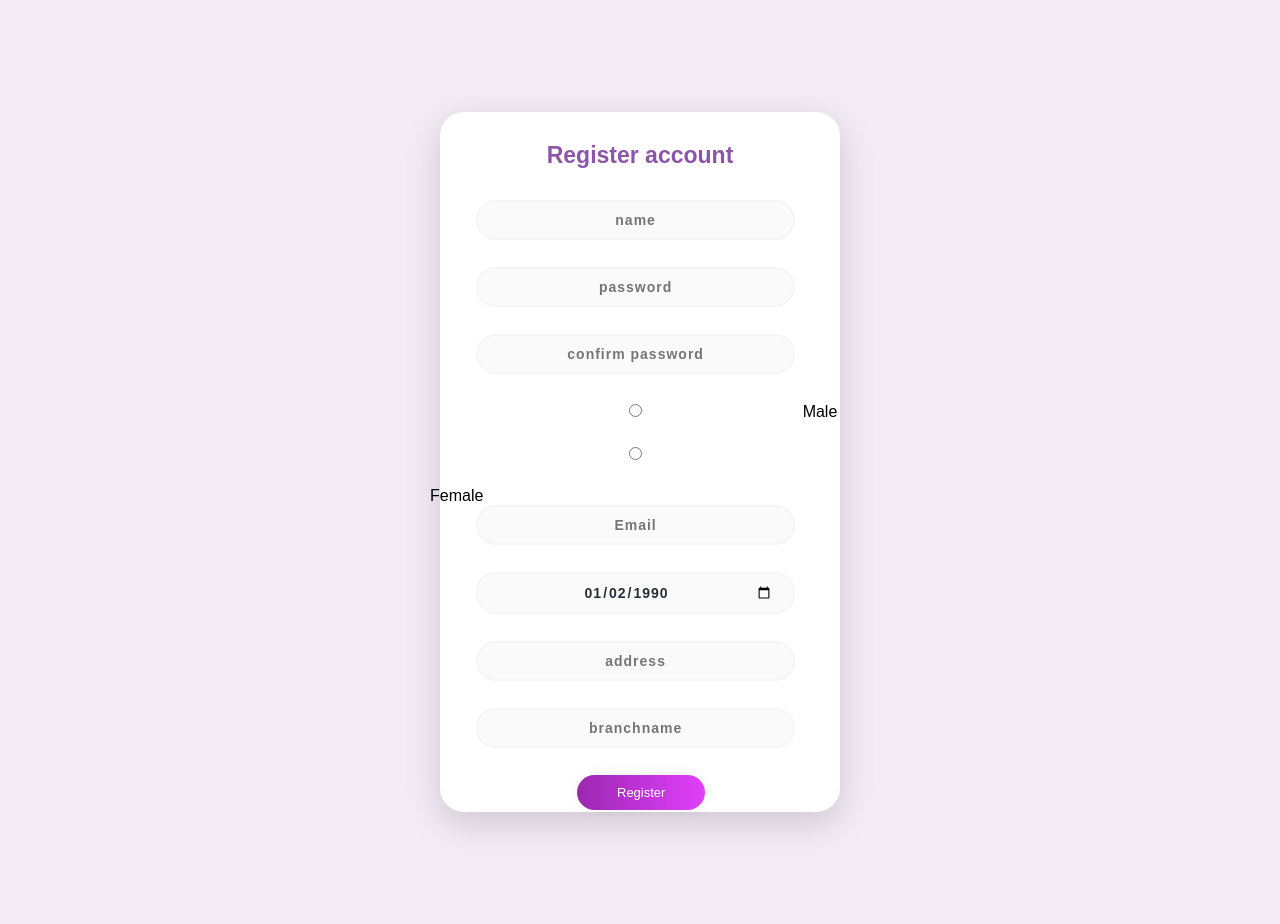
Repository: anujs099/bankingapp
Page: banking-application-final/WebContent/Register.html
These files come from the project's save history. The page is drawn as it stood at one moment and after the next save; the edit follows.
The browser window is 1280 px wide. The pictures show the whole page.

Above is the page before, as saved 2021-03-07 17:05:29.

After the next save:
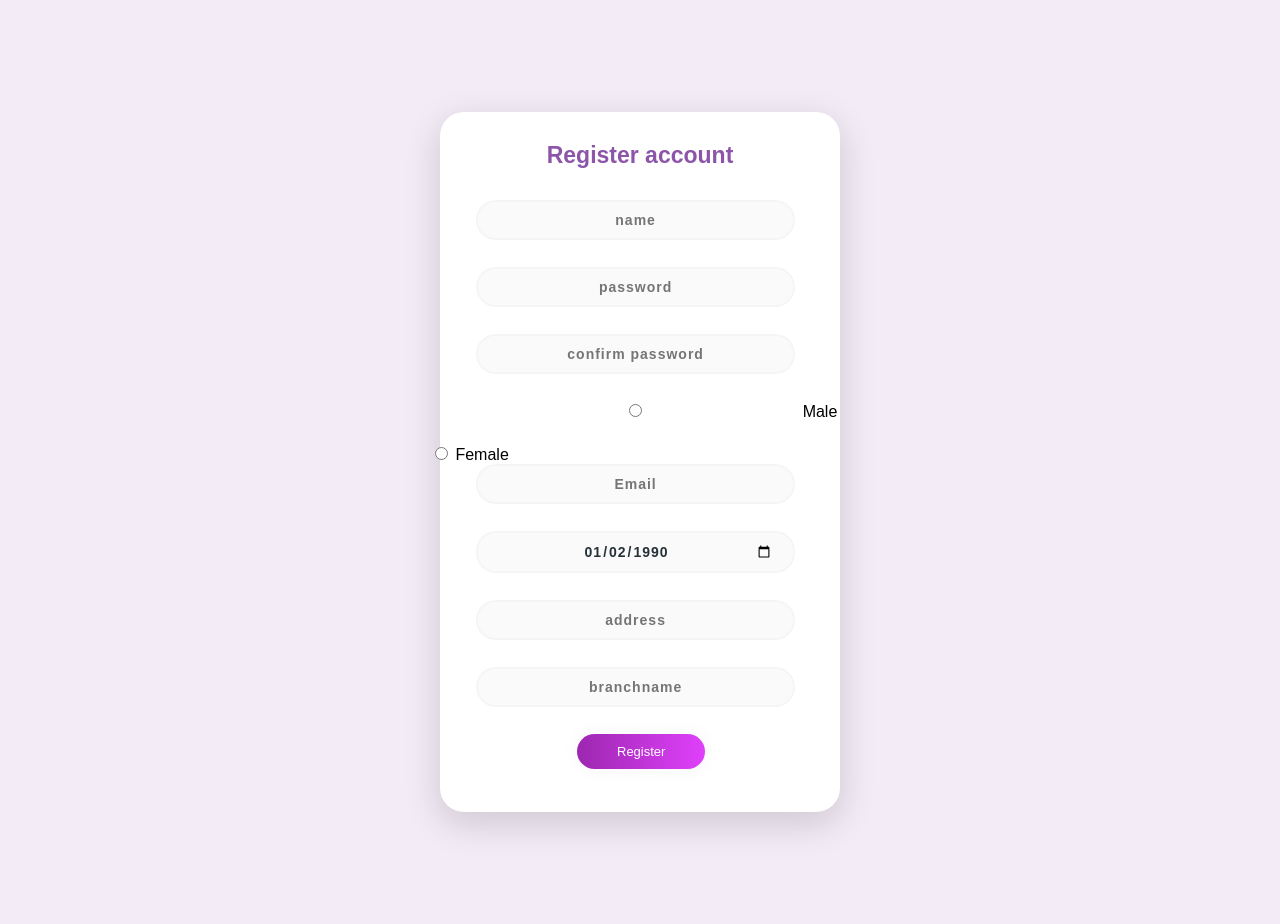
Saved 22 s later.
--- a/banking-application-final/WebContent/Register.html
+++ b/banking-application-final/WebContent/Register.html
@@ -19,7 +19,7 @@
    	Male
   </label>
   <label class="radio">
-    <input type="radio" name="answer" value="female" class="un"></input>
+    <input type="radio" name="answer" value="female"></input>
     Female
   </label>
 </div>
